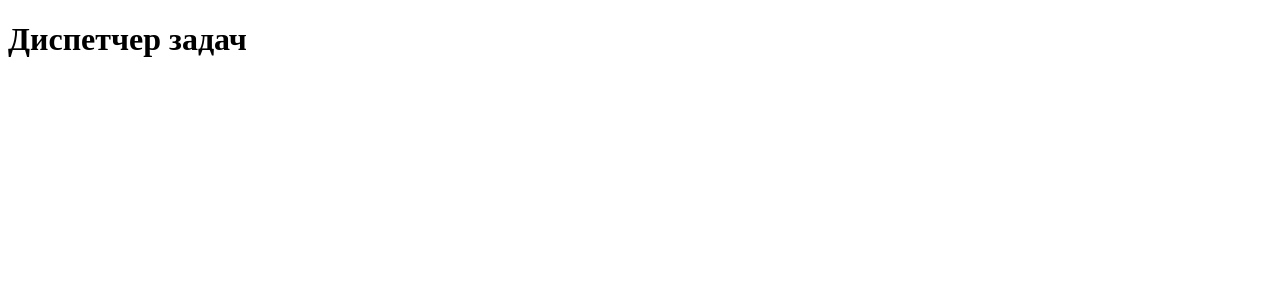
Repository: Predkor/OC
Page: index.html
The author's editor kept a copy of each file at every save. The page is drawn from the files as they stood at one save, then again after the next save.
The browser window is 1280 px wide. The pictures show the whole page.

Above is the page before, as saved 2024-09-24 22:06:38.

After the next save:
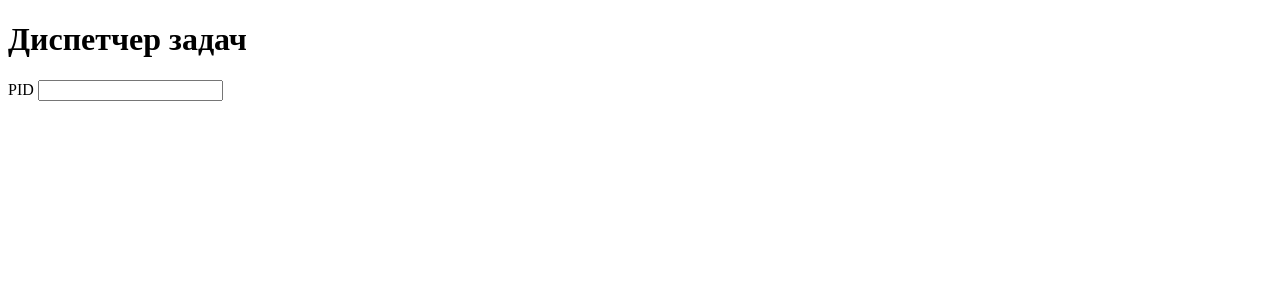
Saved 38 s later.
--- a/index.html
+++ b/index.html
@@ -9,7 +9,9 @@
     <h1>Диспетчер задач</h1>
     <div class="process-control">
         <form action="/killproc">
-
+            <label>
+                PID <input type="text">
+            </label>
         </form>
     </div>
 </body>
